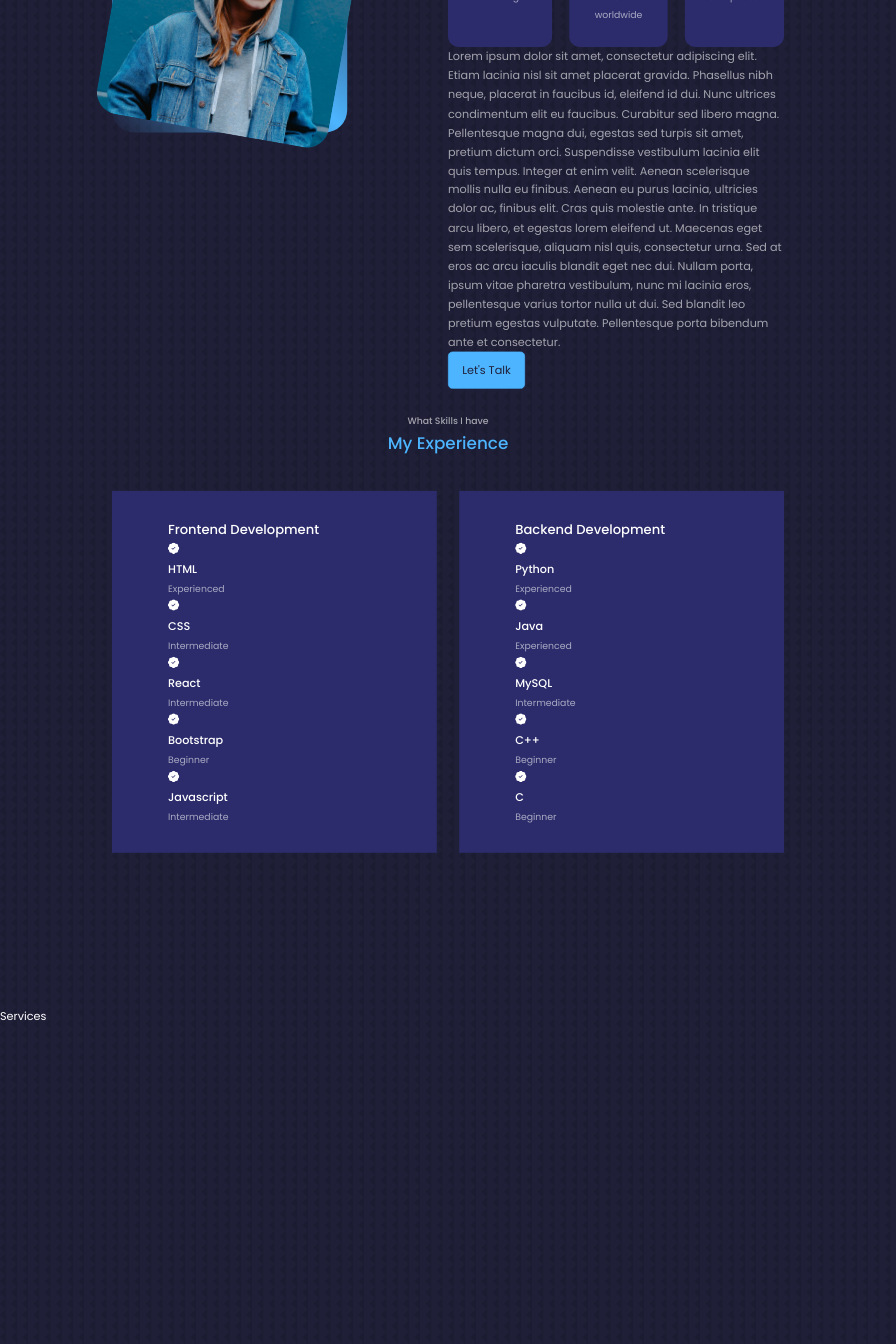
Repository: smallchungus/resumeWebsite
Page: / (app in hello/)
These files come from the project's save history. The page is drawn as it stood at one moment and after the next save; the edit follows.
The browser window is 1280 px wide. The pictures show the part of the page from y = 1105 to 3025 px (the page is 5835 px tall), at 70% of full size.
The project was rebuilt for these pictures with package versions that can differ from the ones it lists, and the page was loaded fresh each time. Also part of the build but not shown: hello/src/components/portfolio/portfolio.css, hello/src/components/contact/contact.css, hello/src/components/footer/footer.css. Imported but missing from the stored project, and not drawn on this page: hello/src/assets/cv.pdf.

Above is the page before, as saved 2023-03-23 19:04:18.

### hello/public/index.html
<!DOCTYPE html>
<html lang="en">

<head>
    <meta charset="UTF-8">
    <meta http-equiv="X-UA-Compatible" content="IE=edge">
    <meta name="viewport" content="width-device-width, initial-scale=1.0">
    <title>Resume Portfolio Website</title>
</head>
<body>
    <div id="root"></div>
</body>
</html>

### hello/src/App.jsx
import React from 'react'
import Header from './components/header/Header'
import Nav from './components/nav/Nav'
import About from './components/about/About'
import Experience from './components/experience/Experience'
import Services from './components/services/Services'
import Portfolio from './components/portfolio/Portfolio'
import Testimonial from './components/testimonial/Testimonial'
import Contact from './components/contact/Contact'
import Footer from './components/footer/Footer'

const App = () => {
  return (
    <>
    <Header />
    <Nav />
    <About />
    <Experience />
    <Services />
    <Portfolio />
    <Testimonial />
    <Contact />
    <Footer />
    </>
  )
}

export default App

### hello/src/index.css
@import url('https://fonts.googleapis.com/css2?family=Poppins:wght@300;400;500;600&display=swap');

*{
    margin: 0;
    padding: 0;
    border :0;
    outline: 0;
    box-sizing: border-box;
    list-style: none;
    text-decoration: none;

}

:root {
    --color-bg: #1f1f38;
    --color-bg-variant: #2c2c6c;
    --color-primary: #4db5ff;
    --color-primary-variant: rgba(77, 181, 255, 0.4);
    --color-white: #fff;
    --color-light: rgba(255,255,255,0.6);

    --transition: all 400ms ease;

    --container-width-lg: 75%;
    --container-width-md: 86%;
    --container-width-sm: 90%;

}

html{
    scroll-behavior: smooth;
}

body{
    font-family: 'Poppins', sans-serif;
    background: var(--color-bg);
    color: var(--color-white);
    line-height: 1.7;
    background-image: url(../src/assets/bg-texture.png)
}

/* ======================= General Styles =================*/

.container{
    width: var(--container-width-lg);
    margin: 0 auto;
}

h1,h2,h3,h4,h5{
    font-weight: 500;
}

h1{
    font-size:2.5rem;

}

section {
    margin-top: 8rem;
    height: 100vh;
}

section > h2, section > h5 {
    text-align: center;
    color: var(--color-light);
}

section > h2 {
    color: var(--color-primary);
    margin-bottom: 3rem;
}

.text-light{
    color:var(--color-light);
}

a{
    color: var(--color-primary);
    transition: var(--transition);
}

a:hover{
    color: var(--color-white);
}

.btn{
    width: max-content;
    display: inline-block;
    color: var(--color-primary);
    padding: 0.75rem 1.2rem;
    border-radius: 0.4rem;
    cursor: pointer;
    border: 1px solid var(--color-primary);
    transition: var( --transition );
}

.btn:hover{
    background: var(--color-white);
    color: var(--color-bg);
    border-color: transparent;
}

.btn-primary{
    background: var(--color-primary);
    color: var(--color-bg);
}

img{
    display: block;
    width: 100%;
    object-fit: cover;
}


/*==================Media Queries (Medium Devices ) ============= */
@media screen and (max-width: 1024px) {
    .container{
        width: var(--container-width-md);
    }

    section{
        margin-top: 6rem;
    }
}

/*==================Media Queries (Small Devices ) ============= */
@media screen and (max-width: 600px) {
    .container{
        width: var(--container-width-sm);
    }

    section > h2{
        margin-top: 2rem;
    }
}

### hello/src/components/header/Header.jsx
import React from 'react'
import './header.css'
import CTA from './CTA'
import ME from '../../assets/me.png'
import HeaderSocials from './HeaderSocials'
const Header = () => {
  return (
    <header>
      <div className="container header_container">
        <h5>Hello I'm</h5>
        <h1>William Chen</h1>
        <h5 className='text-light'>Fullstack Developer</h5>
        <CTA />
        <HeaderSocials/>

        <div className="me">
          <img src={ME} alt="me" />
        </div>

        <a href='#contact' className='scroll_down'>Scroll down</a>
      </div>
    </header>
  )
}

export default Header

### hello/src/components/nav/Nav.jsx
import React from 'react'
import './nav.css'
import {AiOutlineHome} from 'react-icons/ai'
import {AiOutlineUser}  from 'react-icons/ai'
import {BiBook} from 'react-icons/bi'
import {RiServiceLine} from 'react-icons/ri'
import {BiMessageSquareDetail} from 'react-icons/bi'
import {useState} from 'react'

const Nav = () => {
  const[activeNav, setActiveNav] = useState('#');
  return (
    <nav>
      <a href="#" onClick={() => setActiveNav('#')} className={activeNav === '#' ? 'active' : ''}><AiOutlineHome/></a>
      <a href="#about" onClick={() => setActiveNav('#about')} className={activeNav === '#about' ? 'active' : ''}><AiOutlineUser/></a>
      <a href="#experience" onClick={() => setActiveNav('#experience')} className={activeNav === '#experience' ? 'active' : ''}><BiBook/></a>
      <a href="#services" onClick={() => setActiveNav('#services')} className={activeNav === '#services' ? 'active' : ''}><RiServiceLine/></a>
      <a href="#contact" onClick={() => setActiveNav('#contact')} className={activeNav === '#contact' ? 'active' : ''}><BiMessageSquareDetail/></a>
    </nav>
  )
}

export default Nav

### hello/src/components/about/About.jsx
import React from 'react'
import './about.css'
import ME from '../../assets/me-about.jpg'
import {FiAward} from 'react-icons/fi'
import {FiUsers} from 'react-icons/fi'
import {VscFolderLibrary} from 'react-icons/vsc'

const About = () => {
  return (
    <section id='about'>
      <h5>Get To Know </h5>
      <h2>About Me</h2>

      <div className="container about_container">
        <div className="about_me" >
          <div className="about_me-image">
          <img src={ME} alt="About Image" />
          </div>
        </div>

        <div className="about_content">
          <div className="about_cards">
            <article className="about_card">
              <FiAward className='about_icon'/>
              <h5>Experience</h5>
              <small>1 Year Working</small>
            </article>
            <article className="about_card">
              <FiUsers className='about_icon'/>
              <h5>Clients</h5>
              <small>200+ clients worldwide</small>
            </article>
            <article className="about_card">
              <VscFolderLibrary className='about_icon'/>
              <h5>Projects</h5>
              <small>80+ completed</small>
            </article>
          </div>
          <p>
          Lorem ipsum dolor sit amet, consectetur adipiscing elit. Etiam lacinia nisl sit amet placerat gravida. Phasellus nibh neque, placerat in faucibus
          id, eleifend id dui. Nunc ultrices condimentum elit eu faucibus. Curabitur sed libero magna. Pellentesque magna dui, egestas sed turpis
          sit amet, pretium dictum orci. Suspendisse vestibulum lacinia elit quis tempus. Integer at enim velit. Aenean scelerisque mollis nulla eu finibus. Aenean eu purus lacinia, ultricies dolor ac, finibus elit.
          Cras quis molestie ante. In tristique arcu libero, et egestas lorem eleifend ut. Maecenas eget sem scelerisque, aliquam nisl quis, consectetur urna. Sed at eros ac arcu iaculis blandit eget nec dui. Nullam porta,
          ipsum vitae pharetra vestibulum, nunc mi lacinia eros, pellentesque varius tortor nulla ut dui. Sed blandit leo pretium egestas vulputate. Pellentesque porta bibendum ante et consectetur.
          </p>
          <a href="#contact" className='btn btn-primary'>Let's Talk</a>

        </div>
      </div>
    </section>
  )
}

export default About

### hello/src/components/experience/Experience.jsx
import React from 'react'
import './experience.css'
import {BsPatchCheckFill} from'react-icons/bs'



const Experience = () => {
  return (
    <section id='experience'>
      <h5>What Skills I have</h5>
      <h2>My Experience</h2>

      <div className="container experience_container">
        <div className="experience_frontend">
          <h3>Frontend Development</h3>
          <div className="experience_content">
            <article className='experience_details'>
              <BsPatchCheckFill />
              <h4>HTML</h4>
              <small className='text-light' >Experienced </small>
            </article>
            <article className='experience_details'>
              <BsPatchCheckFill />
              <h4>CSS</h4>
              <small className='text-light' >Intermediate </small>
            </article>
            <article className='experience_details'>
              <BsPatchCheckFill />
              <h4>React</h4>
              <small className='text-light' >Intermediate </small>
            </article>
            <article className='experience_details'>
              <BsPatchCheckFill />
              <h4>Bootstrap</h4>
              <small className='text-light' >Beginner </small>
            </article>
            <article className='experience_details'>
              <BsPatchCheckFill />
              <h4>Javascript</h4>
              <small className='text-light' >Intermediate </small>
            </article>
          </div>
        </div>



        <div className="experience_backend">
          <h3>Backend Development</h3>
          <article className='experience_details'>
              <BsPatchCheckFill />
              <h4>Python</h4>
              <small className='text-light' >Experienced </small>
            </article>
            <article className='experience_details'>
              <BsPatchCheckFill />
              <h4>Java</h4>
              <small className='text-light' >Experienced </small>
            </article>
            <article className='experience_details'>
              <BsPatchCheckFill />
              <h4>MySQL</h4>
              <small className='text-light' >Intermediate </small>
            </article>
            <article className='experience_details'>
              <BsPatchCheckFill />
              <h4>C++</h4>
              <small className='text-light' >Beginner </small>
            </article>
            <article className='experience_details'>
              <BsPatchCheckFill />
              <h4>C</h4>
              <small className='text-light' >Beginner </small>
            </article>
        </div>
      </div>
    </section>
  )
}

export default Experience

### hello/src/components/portfolio/Portfolio.jsx
import React from 'react'
import './portfolio.css'


const Portfolio = () => {
  return (
    < section id='portfolio'>Portfolio</section>
  )
}

export default Portfolio

### hello/src/components/testimonial/Testimonial.jsx
import React from 'react'
import './testimonial.css'
const Testimonial = () => {
  return (
    <section id='testimonials'>Testimonial</section>
  )
}

export default Testimonial

### hello/src/components/contact/Contact.jsx
import React from 'react'
import './contact.css'
const Contact = () => {
  return (
    <section id='contact'>Contact</section>
  )
}

export default Contact

### hello/src/components/header/header.css
header {
    height: 100vh;
    padding-top: 7rem;
    overflow: hidden;
}

.header_container{
    text-align: center;
    height: 100%;
    position: relative;
}

/*========================= CTA ======================= */
.cta {
    margin-top: 2.5rem;
    display: flex;
    gap: 1.2rem;
    justify-content: center;

}

/* ======================= Header Socials ==================== */
.header_socials {
    display: flex;
    flex-direction: column;
    align-items: center;
    gap: 0.8rem;
    position: absolute;
    left: 0;
    bottom: 3rem;

}

.header_socials::after{
    content: '';
    width: 1px;
    height: 2rem;
    background: var(--color-primary);
}

/* ===================== ME ==================*/

.me{
    background: linear-gradient(var(--color-primary), transparent);
    width: 22rem;
    height: 30rem;
    position: absolute;
    left: calc(50% - 11rem);
    margin-top: 4rem;
    border-radius: 12rem 12rem 0 0;
    overflow: hidden;
    padding: 5rem 1.5rem 1.5rem 1.5rem;

}

.scroll_down {
    position: absolute;
    right: -2.3rem;
    bottom: 5rem;
    transform: rotate(90deg);
    font-weight: 300;
    font-size: 0.9rem;
}

@media screen and (max-width: 600px) {
    header {
        height: 100vh;
    }
}

@media screen and (max-width: 600px)
{
    header {
        height: 100vh;
    }

    .header_socials, .scroll_down{
        display: none;
    }
}

### hello/src/components/header/CTA.jsx
import React from 'react'
import CV from '../../assets/cv.pdf'
const CTA = () => {
  return (
    <div className ='cta'>
        <a href={CV} download className='btn'>Download CV</a>
        <a href="#contact" className='btn btn-primary'>Let's Talk</a>
    </div>
  )
}

export default CTA

### hello/src/components/header/HeaderSocials.jsx
import React from 'react'
import {BsLinkedin} from 'react-icons/bs'
import {BsGithub} from 'react-icons/bs'
import {AiFillDribbbleSquare} from 'react-icons/ai'
const HeaderSocials = () => {
  return (
    <div className='header_socials'>
        <a href="https://linkedin.com/willchenn" target="_blank"><BsLinkedin></BsLinkedin></a>
        <a href="https://github.com/smallchungus" target="_blank"><BsGithub></BsGithub></a>
        <a href="https://dribble.com/" target="_blank"><AiFillDribbbleSquare></AiFillDribbbleSquare></a>
        </div>
  )
}

export default HeaderSocials

### hello/src/components/nav/nav.css
nav {
    background: rgba(0, 0, 0, 0.3);
    width: max-content;
    display: block;
    padding: 0.7rem 1.7rem;
    z-index: 2;
    position: fixed;
    left: 50%;
    transform: translateX(-50%);
    bottom: 2rem;
    display: flex;
    gap: 0.8rem;
    border-radius: 3rem;
    backdrop-filter: blur(15px);
}

nav a{
    background: transparent;
    padding: 0.9rem;
    border-radius: 50%;
    display: flex;
    color: var(--color-light);
    font-size: 1.1rem;
}

nav a:hover{
    background: rgba(0,0,0,0.3);
}

nav a.active {
    background: var(--color-bg);
    color: var(--color-white);
}

### hello/src/components/about/about.css
.about_container {
    display: grid;
    grid-template-columns: 35% 50%;
    gap: 15%;
}

.about_me {
    width: 100%;
    aspect-ratio: 1/1;
    border-radius: 2rem;
    background: linear-gradient(
        45deg,
        transparent,
        var(--color-primary),
        transparent
    );
    display: grid;
    place-items: center;
}

.about_me-image{
    border-radius: 2rem;
    overflow: hidden;
    transform: rotate(10deg);
    transition: var(--transition);

}

.about_me-image:hover{
    transform: rotate(0);
}

.about_cards{
    display: grid;
    grid-template-columns: repeat(3, 1fr);
    gap: 1.5rem;
}

.about_card {
    background: var(--color-bg-variant);
    border: 1px solid transparent;
    border-radius: 1rem;
    padding: 2rem;
    text-align: center;
    transition: var(--transition);
}

.about_card:hover {
    background: transparent;
    border-color: var(--color-primary-variant);
    cursor: default;
}

.about_icon {
    color: var(--color-primary);
    font-size: 1.4 rem;
    margin-bottom: 1rem;
}

.about_card h5 {
    font-size: 0.95rem;
}

.about_card small {
    font-size: 0.7 rem;
    color: var(--color-light);
}

.about_content p {
    margin: 2rem 0 2.6 rem;
    color: var(--color-light);
}

@media screen and (max-width: 1024px) {
    .about_container {
        grid-template-columns: 1fr;
        gap: 0;
    }

    .about_me {
        width: 50%;
        margin: 2rem auto 4rem;
    }

    .about_content p{
        margin: 1rem 0 1.5rem;
    }
}

@media screen and (max-width: 600px )
{
    .about_me{
        width: 65%;
        margin: 0 auto 3rem;
    }
    .about_cards {
        grid-template-columns: 1fr 1fr;
        gap: 1rem;
    }
    .about_content {
        text-align: center;
    }
    .about_content p {
        margin: 1.5rem 0;
    }
}

### hello/src/components/experience/experience.css
.experience_container{
    display: grid;
    grid-template-columns: 1fr 1fr;
    gap: 2rem;
}

.experience_container > div {
    background: var(--color-bg-variant);
    padding: 2.4rem 5rem;

}

Loaded but not shown: hello/src/index.js (common file); hello/src/components/services/Services.jsx (common file); hello/src/components/footer/Footer.jsx (common file); hello/src/components/services/services.css (no stored copy; drawn as an empty file); hello/src/components/testimonial/testimonial.css (no stored copy; drawn as an empty file)

After the next save:
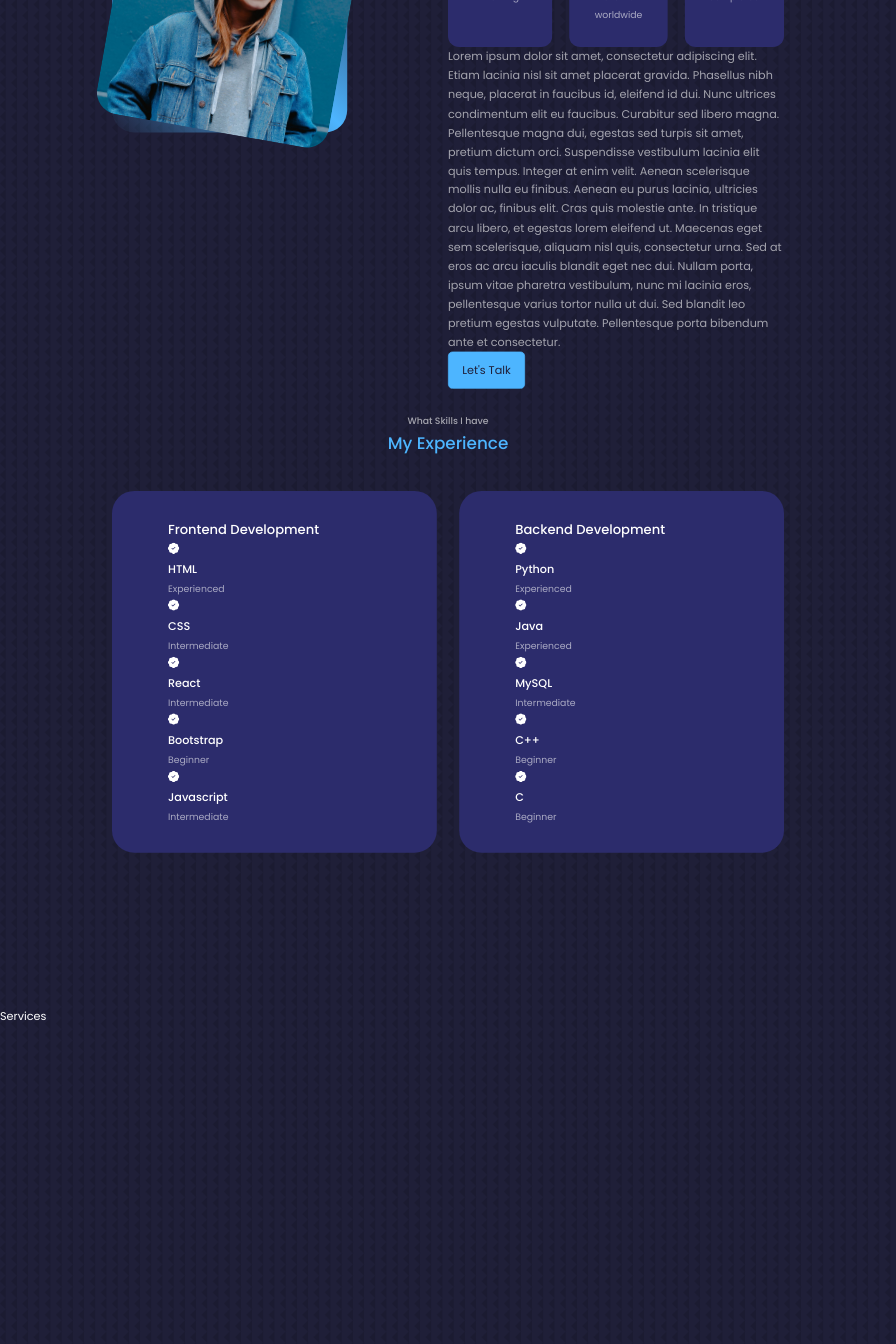
Saved 5 s later.
--- a/hello/src/components/experience/experience.css
+++ b/hello/src/components/experience/experience.css
@@ -7,5 +7,6 @@
 .experience_container > div {
     background: var(--color-bg-variant);
     padding: 2.4rem 5rem;
+    border-radius: 2rem;
 
 }
